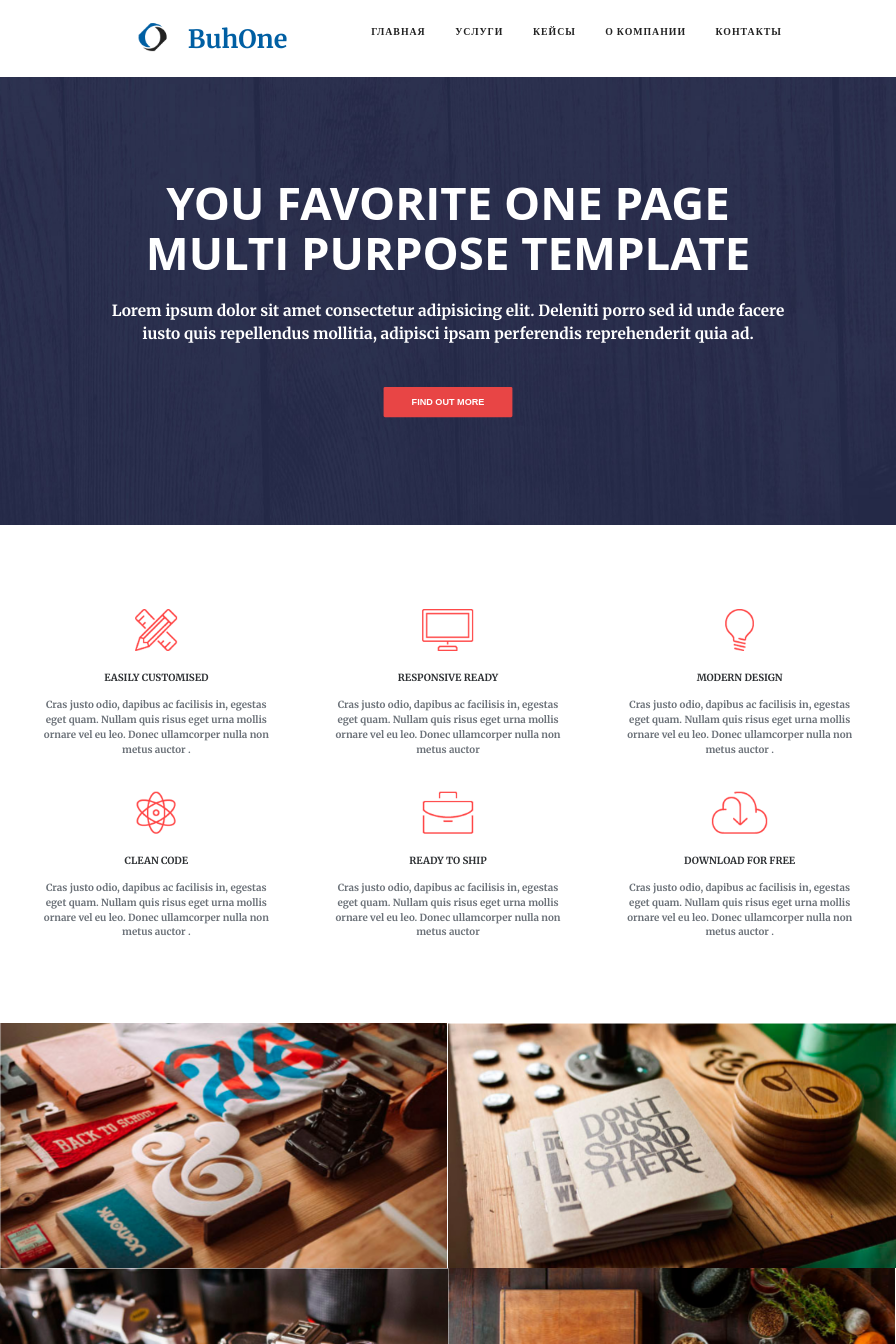
Repository: ZetsubouBilly/test
Page: index.html
An editor plug-in stored every save of this project. The page is shown before and after a run of saves, followed by the edit.
The browser window is 1280 px wide. The pictures show the part of the page from y = 0 to 1920 px (the page is 4929 px tall), at 70% of full size.

Above is the page before, as saved 2023-05-13 12:30:33.

### index.html
<!DOCTYPE html>
<html lang="ru">
<head>
    <meta charset="UTF-8">
    <meta name="viewport" content="width=device-width, initial-scale=1.0, minimum-scale=1.0, maximum-scale=1.0">  <link rel="preconnect" href="https://fonts.gstatic.com">
    <link rel="preconnect" href="https://fonts.googleapis.com">
    <link rel="preconnect" href="https://fonts.gstatic.com" crossorigin>
    <link href="https://fonts.googleapis.com/css2?family=Lato:wght@300;400&family=Merriweather:wght@700;900&display=swap" rel="stylesheet">
    <link rel="stylesheet" type="text/css" href="https://cdn.jsdelivr.net/npm/slick-carousel@1.8.1/slick/slick.css"/>
    <link rel="stylesheet" href="css/style.css">

   <meta name="description" content="Описание страницы">
   <meta name="google" content="notranslate" />
   <meta name="keywords" content="создаие сайтов, верстка сайтов" />

    <title>BuhOne</title>

    <script src="https://cdnjs.cloudflare.com/ajax/libs/jquery/3.5.1/jquery.min.js"></script>

</head>
<body>



<!-- Header -->

 <header class="header" id="header">

            <div class="header__inner">
                <div class="header__inner_l">

                </div>
                <div class="header__logo">
                    <img src="img/logo.png" alt="">
                    <p class="header__logo_name">BuhOne</p>
                </div>

                <nav class="nav" id="nav">
                    <a class="nav__link" href="#" data-scroll="#features">Главная</a>
                    <a class="nav__link" href="#" data-scroll="#works">Услуги</a>
                    <a class="nav__link" href="#" data-scroll="#team">Кейсы</a>
                    <a class="nav__link" href="#" data-scroll="#reviews">О компании</a>
                    <a class="nav__link" href="#" data-scroll="#download">Контакты</a>
                </nav>

                <button class="burger" type="button" id="navToggle">
                    <span class="burger__item">Menu</span>
                </button>

            </div>

 </header>


 <!-- Intro -->

<div class="intro" id="intro">
    <div class="container">
        <div class="intro__inner">
             <h1 class="intro__title">You Favorite One Page Multi Purpose Template</h1>
             <h2 class="intro__subtitle">Lorem ipsum dolor sit amet consectetur adipisicing elit.
                 Deleniti porro sed id unde facere iusto quis repellendus mollitia, adipisci ipsam
                 perferendis reprehenderit quia ad.</h2>
                 <a class="btn  btn--red" href="">Find Out More</a>
        </div>
    </div>
</div>



<!-- Features -->

<div class="container" id="features">
    <div class="features">
        <div class="features__item">
            <img class="features__icon" src="img/features/feature-1.png" alt="">
            <h4 class="features__title">Easily Customised</h4>
            <div class="features__text">Cras justo odio, dapibus ac facilisis in,
                 egestas eget quam. Nullam quis risus eget urna mollis ornare
                 vel eu leo.
                 Donec ullamcorper nulla non metus auctor .</div>
        </div>

        <div class="features__item">
            <img class="features__icon" src="img/features/feature-2.png" alt="">
            <h4 class="features__title">Responsive Ready</h4>
            <div class="features__text">Cras justo odio, dapibus ac facilisis in,
                 egestas eget quam. Nullam quis risus eget urna mollis ornare vel
                  eu leo.
                 Donec ullamcorper nulla non metus auctor </div>

        </div>


        <div class="features__item">
            <img class="features__icon" src="img/features/feature-3.png" alt="">
            <h4 class="features__title">Modern Design</h4>
            <div class="features__text">Cras justo odio, dapibus ac facilisis in,
                 egestas eget quam. Nullam quis risus eget urna mollis ornare
                 vel eu leo.
                 Donec ullamcorper nulla non metus auctor .</div>
        </div>

        <div class="features__item">
            <img class="features__icon" src="img/features/feature-4.png" alt="">
            <h4 class="features__title">Clean Code</h4>
            <div class="features__text">Cras justo odio, dapibus ac facilisis in,
                 egestas eget quam. Nullam quis risus eget urna mollis ornare
                 vel eu leo.
                 Donec ullamcorper nulla non metus auctor .</div>
        </div>

        <div class="features__item">
            <img class="features__icon" src="img/features/feature-5.png" alt="">
            <h4 class="features__title">Ready To Ship</h4>
            <div class="features__text">Cras justo odio, dapibus ac facilisis in,
                 egestas eget quam. Nullam quis risus eget urna mollis ornare vel
                  eu leo.
                 Donec ullamcorper nulla non metus auctor </div>

        </div>


        <div class="features__item">
            <img class="features__icon" src="img/features/feature-6.png" alt="">
            <h4 class="features__title">Download For Free</h4>
            <div class="features__text">Cras justo odio, dapibus ac facilisis in,
                 egestas eget quam. Nullam quis risus eget urna mollis ornare
                 vel eu leo.
                 Donec ullamcorper nulla non metus auctor .</div>
        </div>
    </div><!-- /Features -->
</div>  <!-- /container -->


<!-- Works -->

<div class="works" id="works">
    <div class="works__item">
        <img class="works__photo" src="img/works/work-1.jpg" alt="">
        <div class="works__content">
            <div class="works__title">Project Name</div>
            <div class="works__text">User Interface Design</div>
        </div>
    </div>

    <div class="works__item">
        <img class="works__photo" src="img/works/work-2.jpg" alt="">
        <div class="works__content">
            <div class="works__title">Project Name</div>
            <div class="works__text">User Interface Design</div>
        </div>
    </div>

    <div class="works__item">
        <img class="works__photo" src="img/works/work-3.jpg" alt="">
        <div class="works__content">
            <div class="works__title">Project Name</div>
            <div class="works__text">User Interface Design</div>
        </div>
    </div>

    <div class="works__item">
        <img class="works__photo" src="img/works/work-4.jpg" alt="">
        <div class="works__content">
            <div class="works__title">Project Name</div>
            <div class="works__text">User Interface Design</div>
        </div>
    </div>

    <div class="works__item">
        <img class="works__photo" src="img/works/work-5.jpg" alt="">
        <div class="works__content">
            <div class="works__title">Project Name</div>
            <div class="works__text">User Interface Design</div>
        </div>
    </div>

    <div class="works__item">
        <img class="works__photo" src="img/works/work-6.jpg" alt="">
        <div class="works__content">
            <div class="works__title">Project Name</div>
            <div class="works__text">User Interface Design</div>
        </div>
    </div>

    <div class="works__item">
        <img class="works__photo" src="img/works/work-7.jpg" alt="">
        <div class="works__content">
            <div class="works__title">Project Name</div>
            <div class="works__text">User Interface Design</div>
        </div>
    </div>

    <div class="works__item">
        <img class="works__photo" src="img/works/work-8.jpg" alt="">
        <div class="works__content">
            <div class="works__title">Project Name</div>
            <div class="works__text">User Interface Design</div>
        </div>
    </div>

</div> <!-- /works -->



<!-- Team -->
<div class="team" id="team">
    <div class="container">
        <div class="team__inner">

            <div class="team__item">
                <img class="team__photo" src="img/team/team-1.jpg" alt="">
                <div class="team__name">Ruth Woods</div>
                <div class="team__prof">Founder, CEO</div>
                <div class="team__text">
                    <p>Fusce dapibus, tellus ac cursus commodo, tortor mauris
                         condimentum nibh, ut fermentum massa justo sit amet risus.
                          Maecenas sed diam eget risus varius blandit sit amet non magna.
                         Nullam quis risus eget urna mollis ornare vel eu leo.</p>

                     <p>Fusce dapibus, tellus ac cursus commodo, tortor mauris
                            condimentum nibh, ut fermentum massa justo sit amet risus.
                             Maecenas sed diam eget risus varius blandit sit amet non magna.
                            Nullam quis risus eget urna mollis ornare vel eu leo.</p>
                </div>
                <div class="social">
                    <a class="social__item" href="" target="_blank">
                        <svg class="social__icon">
                            <use xlink:href="#facebook"></use>
                        </svg>
                    </a>

                    <a class="social__item" href="" target="_blank">
                        <svg class="social__icon">
                            <use xlink:href="#twitter"></use>
                        </svg>
                    </a>

                    <a class="social__item" href="" target="_blank">
                        <svg class="social__icon">
                            <use xlink:href="#linkedin"></use>
                        </svg>
                    </a>


                </div>
            </div>

            <div class="team__item">
                <img class="team__photo" src="img/team/team-2.jpg" alt="">
                <div class="team__name">Timothy Reed</div>
                <div class="team__prof">Co-Founder, Developer</div>
                <div class="team__text">
                    <p>Fusce dapibus, tellus ac cursus commodo, tortor mauris
                         condimentum nibh, ut fermentum massa justo sit amet risus.
                          Maecenas sed diam eget risus varius blandit sit amet non magna.
                         Nullam quis risus eget urna mollis ornare vel eu leo..</p>

                     <p>Fusce dapibus, tellus ac cursus commodo, tortor mauris
                            condimentum nibh, ut fermentum massa justo sit amet risus.
                             Maecenas sed diam eget risus varius blandit sit amet non magna.
                            Nullam quis risus eget urna mollis ornare vel eu leo.</p>
                </div>
                <div class="social">
                    <a class="social__item" href="" target="_blank">
                        <svg class="social__icon">
                            <use xlink:href="#facebook"></use>
                        </svg>
                    </a>

                    <a class="social__item" href="" target="_blank">
                        <svg class="social__icon">
                            <use xlink:href="#twitter"></use>
                        </svg>
                    </a>

                    <a class="social__item" href="" target="_blank">
                        <svg class="social__icon">
                            <use xlink:href="#linkedin"></use>
                        </svg>
                    </a>


                </div>
            </div>

            <div class="team__item">
                <img class="team__photo" src="img/team/team-3.jpg" alt="">
                <div class="team__name">Victoria Valdez</div>
                <div class="team__prof">UI Designer</div>
                <div class="team__text">
                    <p>Fusce dapibus, tellus ac cursus commodo, tortor mauris
                         condimentum nibh, ut fermentum massa justo sit amet risus.
                          Maecenas sed diam eget risus varius blandit sit amet non magna.
                         Nullam quis risus eget urna mollis ornare vel eu leo..</p>

                     <p>Fusce dapibus, tellus ac cursus commodo, tortor mauris
                            condimentum nibh, ut fermentum massa justo sit amet risus.
                             Maecenas sed diam eget risus varius blandit sit amet non magna.
                            Nullam quis risus eget urna mollis ornare vel eu leo.</p>
                </div>
                <div class="social">
                    <a class="social__item" href="" target="_blank">
                        <svg class="social__icon">
                            <use xlink:href="#facebook"></use>
                        </svg>
                    </a>

                    <a class="social__item" href="" target="_blank">
                        <svg class="social__icon">
                            <use xlink:href="#twitter"></use>
                        </svg>
                    </a>

                    <a class="social__item" href="" target="_blank">
                        <svg class="social__icon">
                            <use xlink:href="#linkedin"></use>
                        </svg>
                    </a>


                </div>
            </div>

            <div class="team__item">
                <img class="team__photo" src="img/team/team-4.jpg" alt="">
                <div class="team__name">Beverly Little</div>
                <div class="team__prof">Data Scientist</div>
                <div class="team__text">
                    <p>Fusce dapibus, tellus ac cursus commodo, tortor mauris
                         condimentum nibh, ut fermentum massa justo sit amet risus.
                          Maecenas sed diam eget risus varius blandit sit amet non magna.
                         Nullam quis risus eget urna mollis ornare vel eu leo..</p>

                     <p>Fusce dapibus, tellus ac cursus commodo, tortor mauris
                            condimentum nibh, ut fermentum massa justo sit amet risus.
                             Maecenas sed diam eget risus varius blandit sit amet non magna.
                            Nullam quis risus eget urna mollis ornare vel eu leo.</p>
                </div>
                <div class="social">
                    <a class="social__item" href="" target="_blank">
                        <svg class="social__icon">
                            <use xlink:href="#facebook"></use>
                        </svg>
                    </a>

                    <a class="social__item" href="" target="_blank">
                        <svg class="social__icon">
                            <use xlink:href="#twitter"></use>
                        </svg>
                    </a>

                    <a class="social__item" href="" target="_blank">
                        <svg class="social__icon">
                            <use xlink:href="#linkedin"></use>
                        </svg>
                    </a>


                </div>
            </div>

        </div><!-- /team__inner -->
    </div><!-- /container -->
</div><!-- /team -->


<!-- Testimonials -->

<div class="reviews" id="reviews">
    <div class="container">

        <div class="reviews__slider" id="reviewsSlider">
            <div class="slick-item">
             <div class="reviews__item">
                 <div class="reviews__photo">
                     <img class="reviews__img" src="img/reviews/review-1.jpg" alt="">
                 </div>
                 <div class="reviews__content">
                        <div class="reviews__text">“Integer posuere erat a ante venenatis dapibus posuere velit aliquet. Donec sed odio dui. Aenean eu leo quam...”</div>
                       <div class="reviews__author">Susan Sims, Interaction Designer at XYZ</div>
                 </div>
                </div>
            </div>

                <div class="slick-item">
                <div class="reviews__item">
                    <div class="reviews__photo">
                        <img class="reviews__img" src="img/reviews/review-1.jpg" alt="">
                    </div>
                    <div class="reviews__content">
                           <div class="reviews__text">"Lorem ipsum dolor sit amet consectetur, adipisicing elit. Maiores, tempore velit, debitis quasi doloribus vero natus sint ratione temporibus fugiat voluptatum nesciunt modi. Adipisci aliquid voluptatem magni laborum, facilis nisi".</div>
                          <div class="reviews__author">Susan Sims, Interaction Designer at XYZ</div>
                    </div>
                   </div>
                </div>
            </div>
        </div>

    </div>
</div> <!-- /reviews -->




<!-- Download -->

<div class="download" id="download">
    <div class="container">
        <h3 class="download__title">Are You Ready to Start? Download Now For Free!</h3>
        <div class="download__text"><p>Fusce dapibus, tellus ac cursus commodo</p>
        </div>
        <a class="btn  btn--red  btn--long" href="">Download Here</a>
    </div>
</div>


<!-- Footer -->


<footer class="footer">
    <div class="container">

        <div class="footer__inner">
            <div class="footer__block">
                <h4 class="footer__title">Location</h4>
                <address class="footer__adress"><div>3481 Melrose Place</div>
                    <div>Beverly Hills, CA 90210</div>
                </address>
            </div>

            <div class="footer__block">
                <h4 class="footer__title">Share with Love</h4>
                <div class="social  social--footer">
                    <a class="social__item" href="" target="_blank">
                        <svg class="social__icon">
                            <use xlink:href="#facebook"></use>
                        </svg>
                    </a>

                    <a class="social__item" href="" target="_blank">
                        <svg class="social__icon">
                            <use xlink:href="#twitter"></use>
                        </svg>
                    </a>

                    <a class="social__item" href="" target="_blank">
                        <svg class="social__icon">
                            <use xlink:href="#linkedin"></use>
                        </svg>
                    </a>


                </div>
            </div> <!-- /footer__block__social -->

            <div class="footer__block">
                <h4 class="footer__title">About ActiveBox</h4>
                <div class="footer__text"><p>Cras justo odio, dapibus ac facilisis in, egestas eget quam. Donec ullamcorper nulla non metus auctor fringilla.</p></div>
            </div>

        </div> <!-- /footer__inner -->

    </div> <!-- /container -->

    <div class="copyright">
        <div class="container">
          <div class="copyright__text"><div>Copyright © 2015 ActiveBox. All Rights Reserved</div>
           <div>Made  <span>by Kamal Chaneman</span></div>
        </div>
    </div>
</div>
</footer>


<!-- Javascript -->
<script  src="https://cdn.jsdelivr.net/npm/slick-carousel@1.8.1/slick/slick.min.js"></script>
<script src="js/app.js"></script>


</body>
</html>

Loaded but not shown: js/app.js (82 lines, source omitted); css/style.css (802 lines, source omitted)

After the next 2 saves:
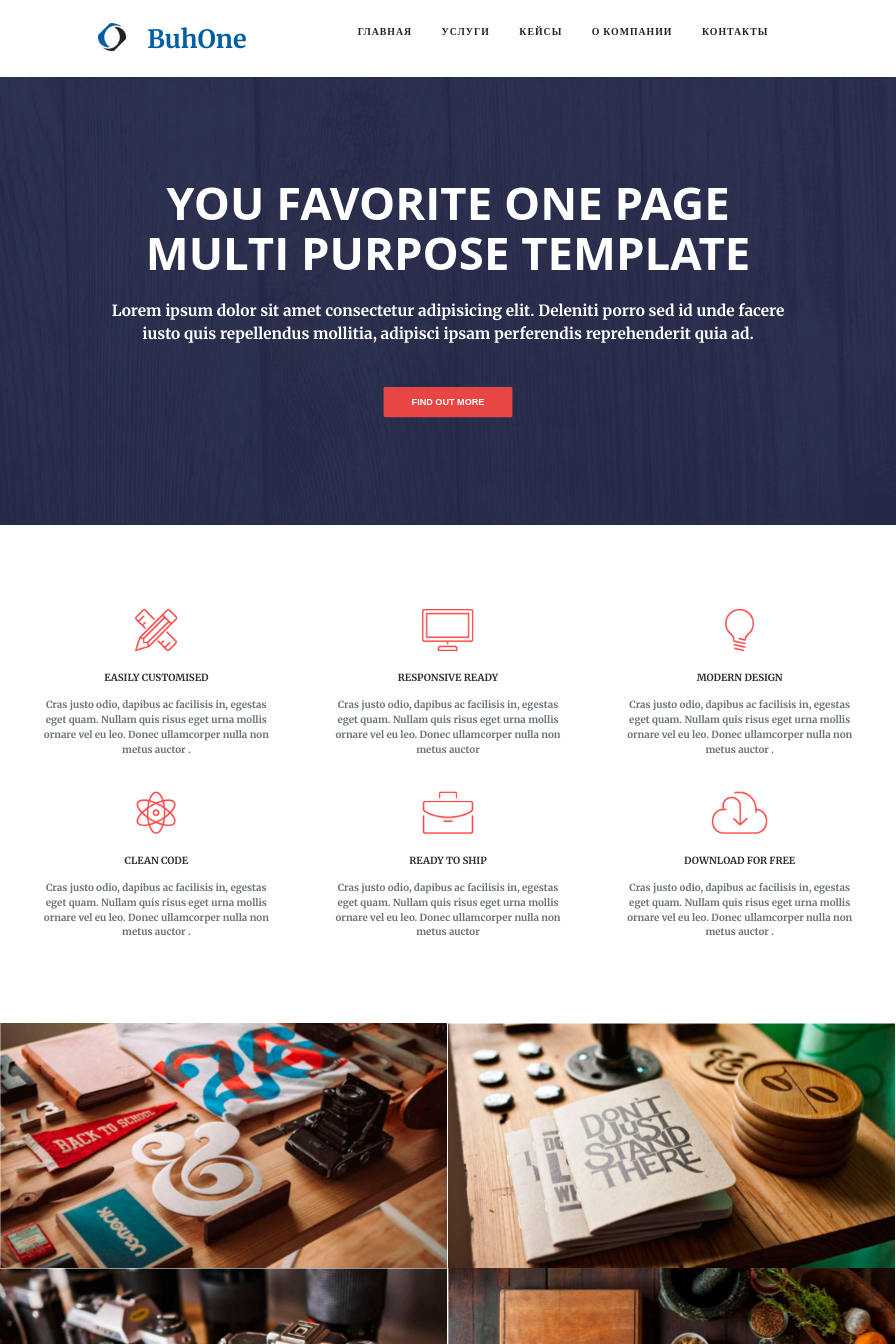
The 2 saves are shown as one change because they came seconds apart.
The last was saved 8 s later.
--- a/index.html
+++ b/index.html
@@ -28,12 +28,12 @@
 
             <div class="header__inner">
                 <div class="header__inner_l">
-
-                </div>
-                <div class="header__logo">
-                    <img src="img/logo.png" alt="">
-                    <p class="header__logo_name">BuhOne</p>
-                </div>
+                    <div class="header__logo">
+                        <img src="img/logo.png" alt="">
+                        <p class="header__logo_name">BuhOne</p>
+                    </div>
+                </div>
+
 
                 <nav class="nav" id="nav">
                     <a class="nav__link" href="#" data-scroll="#features">Главная</a>
